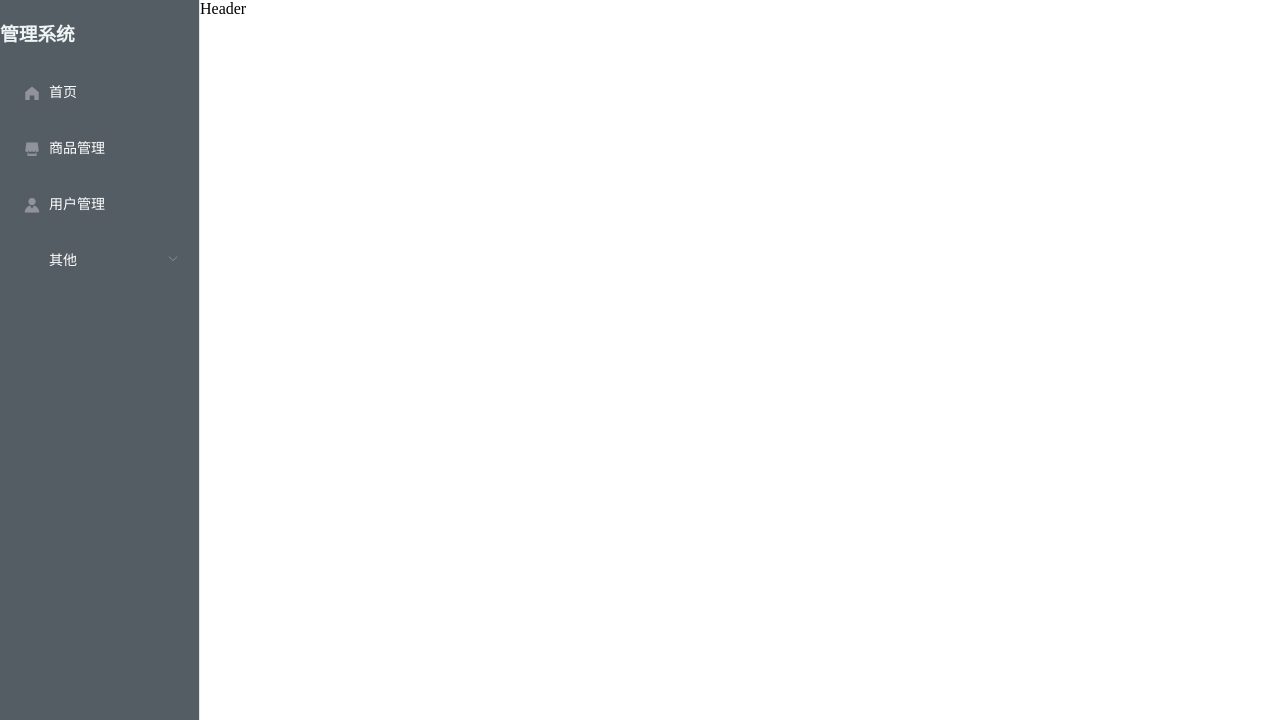
Repository: tkqi/manage
Page: /
The author's editor kept a copy of each file at every save. The page is drawn from the files as they stood at one save, then again after the next save.
The browser window is 1280 px wide. The pictures show the whole page.
The project was rebuilt for these pictures with package versions that can differ from the ones it lists, and the page was loaded fresh each time. Also part of the build but not shown: vue.config.js.

Above is the page before, as saved 2023-12-01 14:23:42.

After the next save:
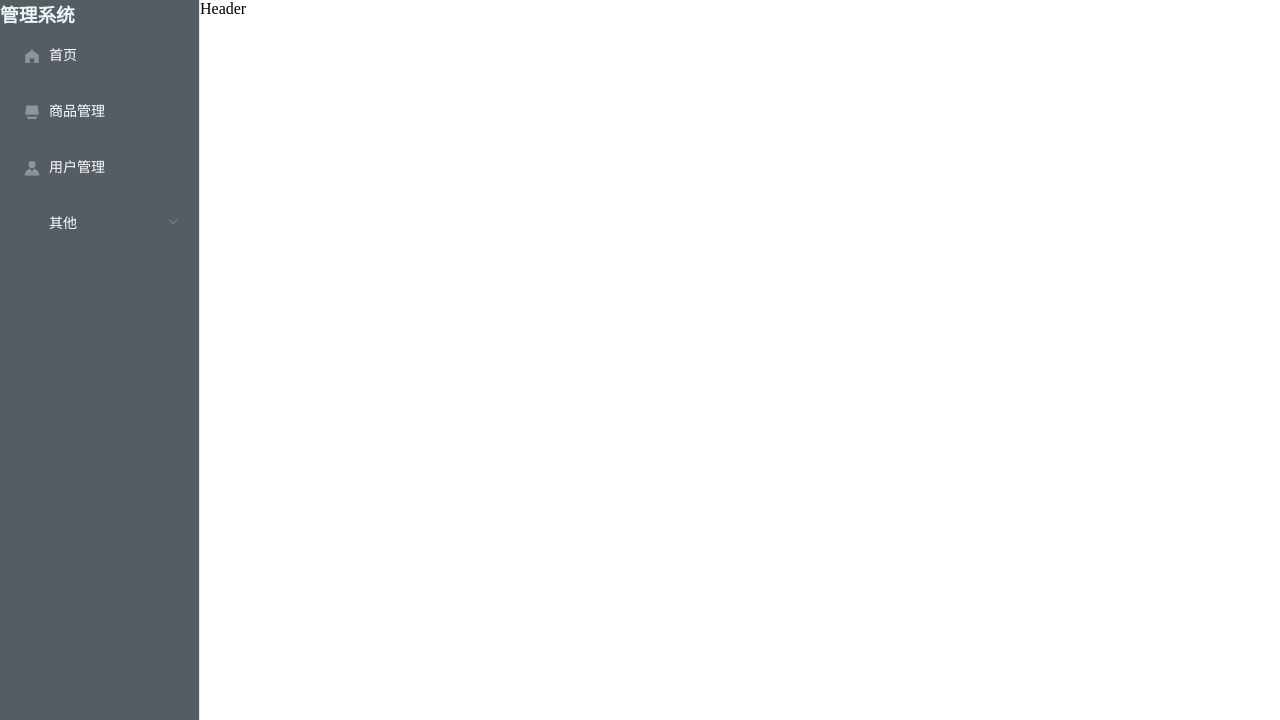
Saved 2 min 18 s later.
--- a/src/App.vue
+++ b/src/App.vue
@@ -1,20 +1,21 @@
 <template>
   <div id="app">
     <!-- 路由出口 -->
-    <router-view/>
+    <router-view />
   </div>
 </template>
 
 <script>
-export default{
-  name:'App'
+export default {
+  name: 'App'
 }
 </script>
 
 <style lang="less">
 html,
-body{
-  margin:0;
+body,
+h3 {
+  margin: 0;
   padding: 0;
 }
 </style>
